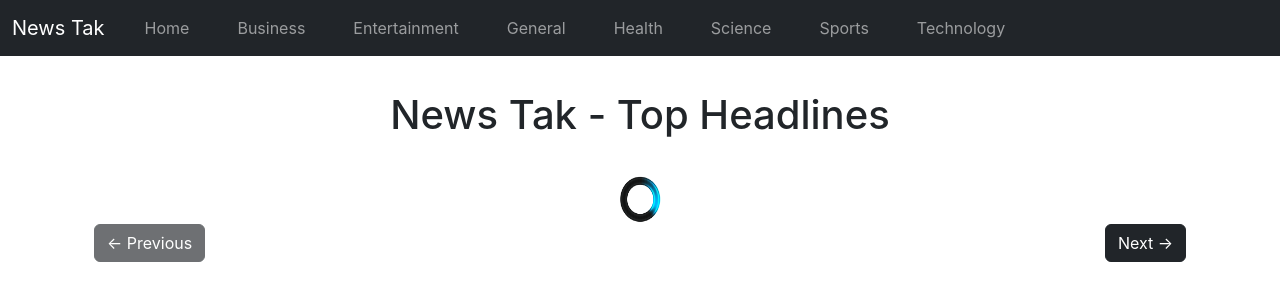
Repository: Rohit-foryou/News-website
Page: /general
These files come from the project's save history. The page is drawn as it stood at one moment and after the next save; the edit follows.
The browser window is 1280 px wide. The pictures show the whole page.
The page's requests for data from a server got no answer. The project was rebuilt for these pictures with package versions that can differ from the ones it lists, and the page was loaded fresh each time. No one was signed in, and anything a server would have sent is missing. Also part of the build but not shown: src/Components/NewsItem.js.

Above is the page before, as saved 2024-01-11 12:48:41.

### public/index.html
<!DOCTYPE html>
<html lang="en">
  <head>
    <meta charset="utf-8" />
    <link rel="icon" href="%PUBLIC_URL%/favicon.ico" />
    <meta name="viewport" content="width=device-width, initial-scale=1" />
    <meta name="theme-color" content="#000000" />
    <meta
      name="description"
      content="News Tak is used to see latest news fast and easy"
    />
    <link rel="apple-touch-icon" href="%PUBLIC_URL%/logo192.png" />
    <!--
      manifest.json provides metadata used when your web app is installed on a
      user's mobile device or desktop. See https://developers.google.com/web/fundamentals/web-app-manifest/
    -->
    <link rel="manifest" href="%PUBLIC_URL%/manifest.json" />
    <!--
      Notice the use of %PUBLIC_URL% in the tags above.
      It will be replaced with the URL of the `public` folder during the build.
      Only files inside the `public` folder can be referenced from the HTML.

      Unlike "/favicon.ico" or "favicon.ico", "%PUBLIC_URL%/favicon.ico" will
      work correctly both with client-side routing and a non-root public URL.
      Learn how to configure a non-root public URL by running `npm run build`.
    -->
    <title>News Tak</title>
    <link href="https://cdn.jsdelivr.net/npm/bootstrap@5.3.2/dist/css/bootstrap.min.css" rel="stylesheet" integrity="sha384-T3c6CoIi6uLrA9TneNEoa7RxnatzjcDSCmG1MXxSR1GAsXEV/Dwwykc2MPK8M2HN" crossorigin="anonymous">
  </head>
  <body>
    <noscript>You need to enable JavaScript to run this app.</noscript>
    <div id="root"></div>
    <!--
      This HTML file is a template.
      If you open it directly in the browser, you will see an empty page.

      You can add webfonts, meta tags, or analytics to this file.
      The build step will place the bundled scripts into the <body> tag.

      To begin the development, run `npm start` or `yarn start`.
      To create a production bundle, use `npm run build` or `yarn build`.
    -->
    <script src="https://cdn.jsdelivr.net/npm/bootstrap@5.3.2/dist/js/bootstrap.bundle.min.js" integrity="sha384-C6RzsynM9kWDrMNeT87bh95OGNyZPhcTNXj1NW7RuBCsyN/o0jlpcV8Qyq46cDfL" crossorigin="anonymous"></script>
  </body>
</html>

### src/App.js
import React, { Component } from 'react';
import NavBar from './Components/NavBar';
import News from './Components/News';
import {
  BrowserRouter,
  Route,
  Routes,
} from "react-router-dom";

export class App extends Component {
  pageSize=9;
  render() {
    return (
      <div>
        <BrowserRouter>
          <NavBar />
          <Routes>
            <Route exact path='/' element={<News key="general"pageSize={this.pageSize} country='in' category='general' />} />
            <Route exact path='/business' element={<News key="business"pageSize={this.pageSize} country='in' category='business' />} />
            <Route exact path='/entertainment' element={<News key="entertainment"pageSize={this.pageSize} country='in' category='entertainment' />} />
            <Route exact path='/general' element={<News key="general"pageSize={this.pageSize} country='in' category='general' />} />
            <Route exact path='/health' element={<News key="health"pageSize={this.pageSize} country='in' category='health' />} />
            <Route exact path='/science' element={<News key="science"pageSize={this.pageSize} country='in' category='science' />} />
            <Route exact path='/sports' element={<News key="sports"pageSize={this.pageSize} country='in' category='sports' />} />
            <Route exact path='/technology' element={<News key="technology"pageSize={this.pageSize} country='in' category='technology' />} />
          </Routes>
        </BrowserRouter>
      </div>
    );
  }
}

export default App;

### src/Components/NavBar.js
import React, { Component } from "react";
import {Link} from "react-router-dom";

export default class NavBar extends Component {
  render() {
    return (
      <div>
        <nav className="navbar navbar-expand-lg navbar-dark bg-dark">
          <div className="container-fluid">
            <Link className="navbar-brand" to="/">
              News Tak
            </Link>
            <button
              className="navbar-toggler"
              type="button"
              data-bs-toggle="collapse"
              data-bs-target="#navbarSupportedContent"
              aria-controls="navbarSupportedContent"
              aria-expanded="false"
              aria-label="Toggle navigation"
            >
              <span className="navbar-toggler-icon"></span>
            </button>
            <div
              className="collapse navbar-collapse"
              id="navbarSupportedContent"
            >
              <ul className="navbar-nav me-auto mb-2 mb-lg-0">
                <li className="nav-item mx-3">
                  <Link className="nav-link" aria-current="page" to="/">
                    Home
                  </Link>
                </li>
                <li className="nav-item mx-3">
                  <Link className="nav-link" to="/business">
                    Business
                  </Link>
                </li>
                <li className="nav-item mx-3">
                  <Link className="nav-link" to="/entertainment">
                    Entertainment
                  </Link>
                </li>
                <li className="nav-item mx-3">
                  <Link className="nav-link" to="/general">
                    General
                  </Link>
                </li>
                <li className="nav-item mx-3">
                  <Link className="nav-link" to="/health">
                    Health
                  </Link>
                </li>
                <li className="nav-item mx-3">
                  <Link className="nav-link" to="/science">
                    Science
                  </Link>
                </li>
                <li className="nav-item mx-3">
                  <Link className="nav-link" to="/sports">
                    Sports
                  </Link>
                </li>
                <li className="nav-item mx-3">
                  <Link className="nav-link" to="/technology">
                    Technology
                  </Link>
                </li>
              </ul>
            </div>
          </div>
        </nav>
      </div>
    );
  }
}

### src/Components/News.js
import React, { Component } from "react";
import NewsItem from "./NewsItem";
import Spinner from "./Spinner";
import PropTypes from 'prop-types'
import InfiniteScroll from "react-infinite-scroll-component";


export class News extends Component {

  static defaultProps = {
    country: 'in',
    pageSize: 8,
    category: 'general',
    totalResults: 0,
  }

  static propTypes = {
    country: PropTypes.string,
    pageSize: PropTypes.number,
    category: PropTypes.string,
  }

  constructor() {
    super();
    // console.log("hello i am constructor");
    this.state = {
      articles: [],
      loading: false,
      page: 1,
    };
  }



  async componentDidMount() {
    let url =
      `https://newsapi.org/v2/top-headlines?country=${this.props.country}&category=${this.props.category}&apiKey=fa3dbec13bb44cd2a222250b4aea8871&page=1&pageSize=${this.props.pageSize}`;
      this.setState({loading: true});
    let data = await fetch(url);
    let parsedData = await data.json();
    console.log(parsedData);
    this.setState({
        articles: parsedData.articles, totalResults: parsedData.totalResults, loading: false });
  }

  handleNextClick = async () => {
    if(!(this.state.page + 1 >Math.ceil(this.state.totalResults/this.props.pageSize))){
        let url = `https://newsapi.org/v2/top-headlines?country=${this.props.country}&category=${this.props.category}&apiKey=fa3dbec13bb44cd2a222250b4aea8871&page=${this.state.page + 1}&pageSize=${this.props.pageSize}`;

        this.setState({loading: true});
        let data = await fetch(url);
        let parsedData = await data.json();
        console.log(parsedData);

        this.setState({
          page: this.state.page + 1,
          articles: parsedData.articles,
          loading: false
        });

    }
  };


  handlePrevClick = async () => {
    let url = `https://newsapi.org/v2/top-headlines?country=${this.props.country}&category=${this.props.category}&apiKey=fa3dbec13bb44cd2a222250b4aea8871&page=${this.state.page - 1}&pageSize=${this.props.pageSize}`;

      this.setState({loading: true});
      let data = await fetch(url);
      let parsedData = await data.json();
      console.log(parsedData);

      this.setState({
        page: this.state.page - 1,
        articles: parsedData.articles,
        loading: false,
      });
  };


  render() {
    return (
      <div className="container my-3">
        <h1 className="text-center" style={{margin: '35px 0px'}}>News Tak - Top Headlines</h1>
        {/* {this.state.loading && <Spinner/>} */}

        <InfiniteScroll
          dataLength={this.state.articles.length}
          next={this.fetchMoreData}
          hasMore={this.state.articles.length !== this.state.totalResults}
          loader={<Spinner/>}>


        <div className="row">
          {this.state.articles.map((element) => {
            return (
              <div className="col-md-4" key={element.url}>
                <NewsItem
                  title={element.title ? element.title.slice(0, 45) : ""}
                  description={
                    element.description ? element.description.slice(0, 83) : ""
                  }
                  imgUrl={element.urlToImage}
                  newsUrl={element.url}
                  author={element.author}
                  date={element.publishedAt}
                  source={element.source.name}
                  />
              </div>
            );
          })}
        </div>
        </InfiniteScroll>
        <div className="container d-flex justify-content-between">
          <button
            disabled={this.state.page <= 1}
            type="button"
            className="btn btn-dark"
            onClick={this.handlePrevClick}
          >
            &larr; Previous
          </button>
          <button
            disabled={this.state.page + 1 >Math.ceil(this.state.totalResults/this.props.pageSize)}
            type="button"
            className="btn btn-dark"
            onClick={this.handleNextClick}
          >
            Next &rarr;
          </button>
        </div>
      </div>
    );
  }
}

export default News;

### src/Components/Spinner.js
import React, { Component } from 'react';
import loading from './loading.gif';

export default class Spinner extends Component {
  render() {
    return (
      <div className='text-center'>
        <img src={loading} alt="loading" style={{ width: '50px', height: '50px' }} />
      </div>
    );
  }
}

Loaded but not shown: src/index.js (common file); src/index.css (common file); src/reportWebVitals.js (common file)

After the next save:
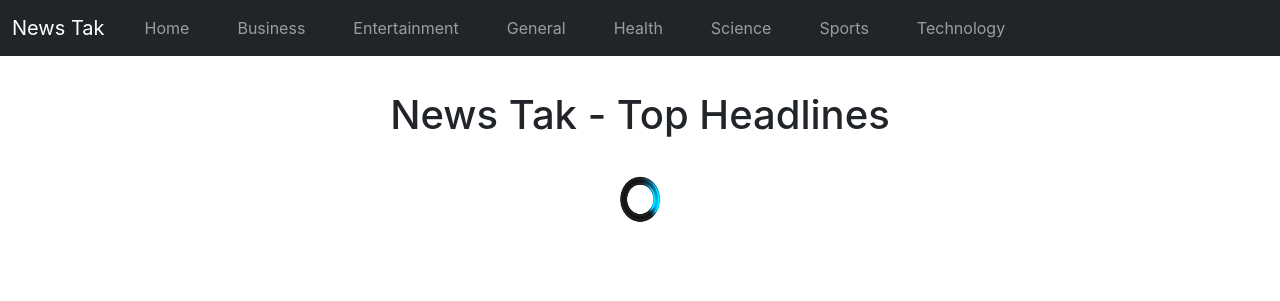
Saved 97 s later.
--- a/src/Components/News.js
+++ b/src/Components/News.js
@@ -111,24 +111,7 @@ export class News extends Component {
           })}
         </div>
         </InfiniteScroll>
-        <div className="container d-flex justify-content-between">
-          <button
-            disabled={this.state.page <= 1}
-            type="button"
-            className="btn btn-dark"
-            onClick={this.handlePrevClick}
-          >
-            &larr; Previous
-          </button>
-          <button
-            disabled={this.state.page + 1 >Math.ceil(this.state.totalResults/this.props.pageSize)}
-            type="button"
-            className="btn btn-dark"
-            onClick={this.handleNextClick}
-          >
-            Next &rarr;
-          </button>
-        </div>
+
       </div>
     );
   }
